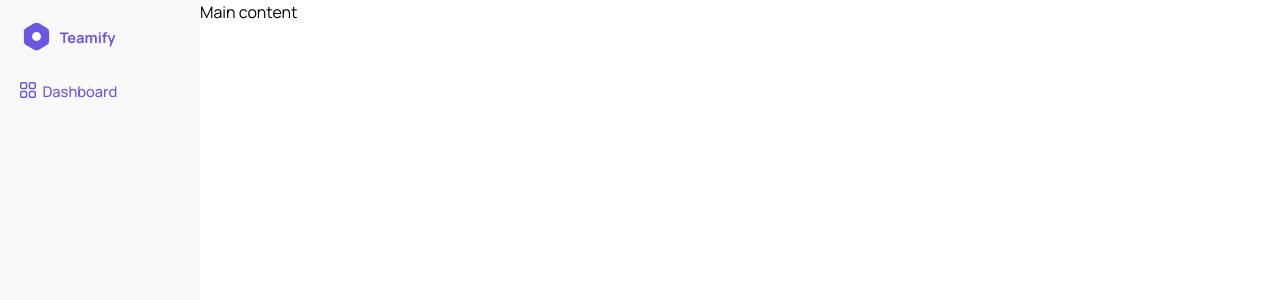
Repository: kottuzik/200apps-exercise
Page: / (app in vue-dashboard-template/)
These files come from the project's save history. The page is drawn as it stood at one moment and after a run of saves; the edit follows.
The browser window is 1280 px wide. The pictures show the whole page.
The project was rebuilt for these pictures with package versions that can differ from the ones it lists, and the page was loaded fresh each time. Also part of the build but not shown: vue-dashboard-template/vite.config.js.

Above is the page before, as saved 2025-07-11 17:21:58.

After the next 2 saves:
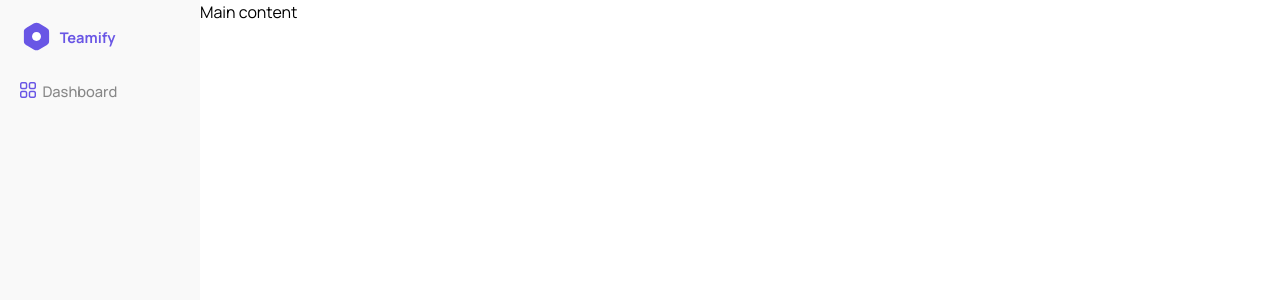
The 2 saves are shown as one change because they came seconds apart.
The last was saved 11 s later.
--- a/vue-dashboard-template/src/assets/styles.scss
+++ b/vue-dashboard-template/src/assets/styles.scss
@@ -29,5 +29,5 @@
 .p-menuitem-link .text{
     font-size: 1.146vw;
     font-weight: 500;
-    color: #6956E5;
+    color: #878787;
 }
